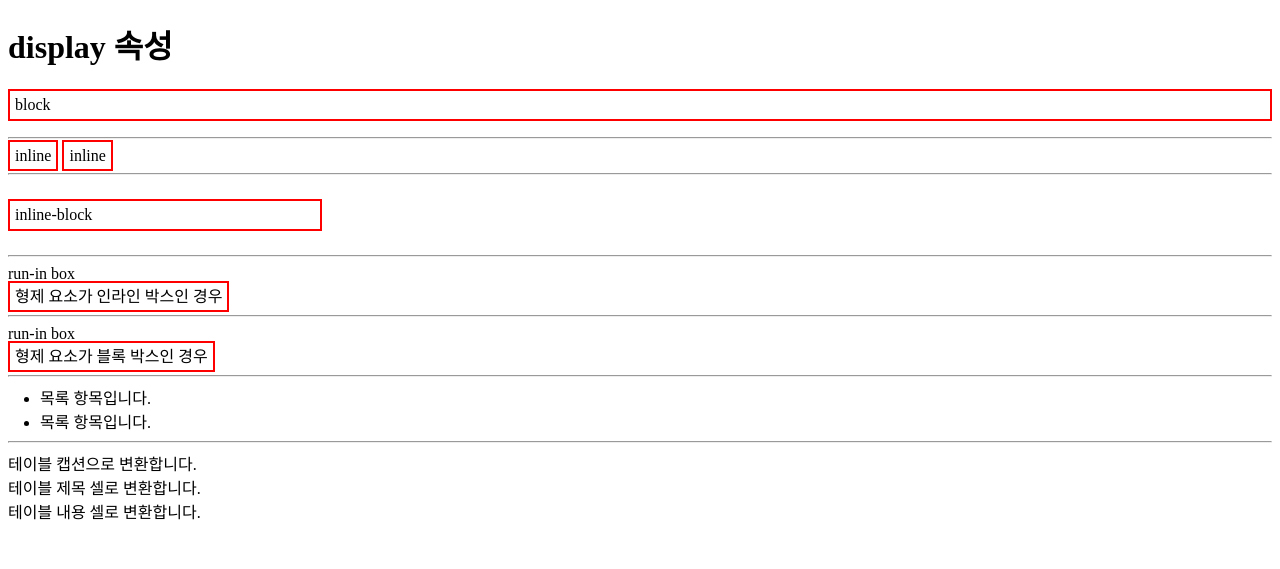
Repository: cussip/SuperHands
Page: WebExam/src/main/webapp/css/box_model/display.html
An editor plug-in stored every save of this project. The page is shown before and after the next save, followed by the edit.
The browser window is 1280 px wide. The pictures show the whole page.

Above is the page before, as saved 2022-01-31 04:01:14.

### WebExam/src/main/webapp/css/box_model/display.html
<!DOCTYPE html>
<html>
<head>
	<meta charset="UTF-8">
	<title>display.html</title>
	<style>
		p, span {
			border: #F00 solid 2px;
			padding: 5px;
		}
		.block {
			display: block;
		}
		.inline {
			display: inline;
		}
		.inline-block {
			display: inline-block;
			width: 300px;
		}
		.none {
			display: none;
			width: 200px;
		}
		.run-in {
			display: run-in;
		}
		.list-item {
			list-style-type: disc;
			display: list-item;
			margin-left: 2em;
		}
		.table {
			display: table;
		}
	</style>
</head>
<body>
	<!-- HTML 요소의 표현 방식을 지정한다. -->
	<h1>display 속성</h1>
	<p class="block">
		block
	</p>
	<hr>
	<div class="inline">
		<span>inline</span> <span>inline</span>
	</div>
	<hr>
	<p class="inline-block">
		inline-block
	</p>
	<hr>
	<p class="none">
	 	none
	</p>
	<div>
		<div class="run-in"> run-in box</div>
		<span>형제 요소가 인라인 박스인 경우</span>
	</div>
	<hr>
	<div>
		<div class="run-in">run-in box</div>
		<span>형제 요소가 블록 박스인 경우</span>
	</div>
	<hr>
	<div>
		<div class="list-item">목록 항목입니다.</div>
		<div class="list-item">목록 항목입니다.</div>
	</div>
	<hr>
	<div class="table">
		<div class="table-caption">테이블 캡션으로 변환합니다.</div>
		<div class="table-row">
			<div class="table-header">테이블 제목 셀로 변환합니다.</div>
			<div class="table-cell">테이블 내용 셀로 변환합니다.</div>
		</div>
	</div>
</body>
</html>

After the next save:
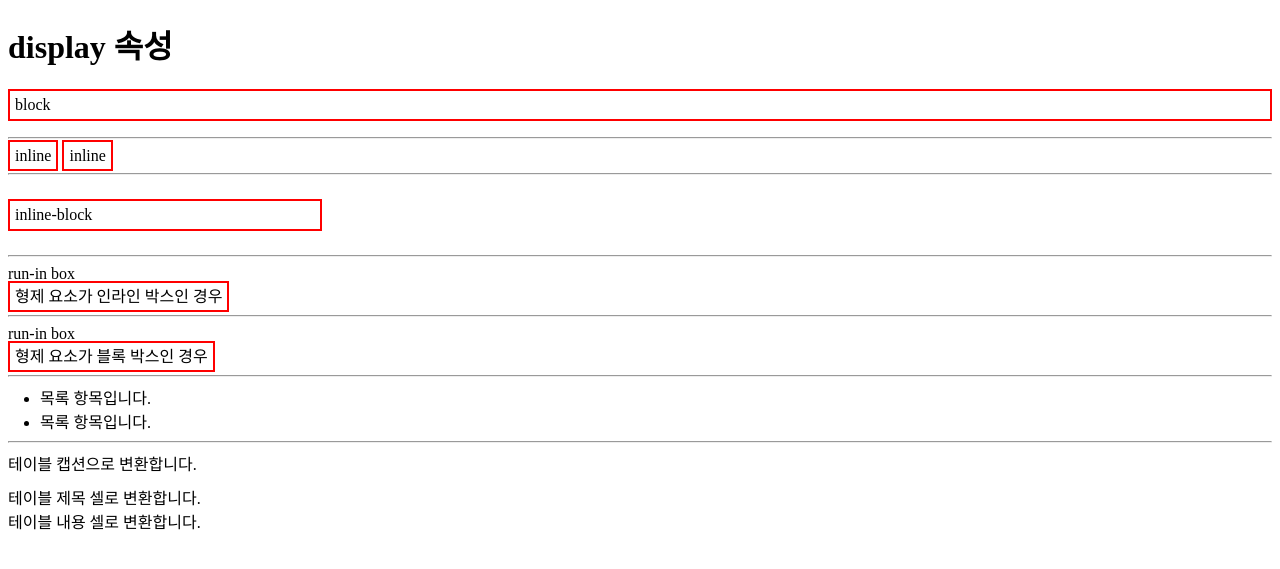
Saved 53 s later.
--- a/WebExam/src/main/webapp/css/box_model/display.html
+++ b/WebExam/src/main/webapp/css/box_model/display.html
@@ -32,6 +32,11 @@
 		}
 		.table {
 			display: table;
+		}
+		.table-caption {
+			display: table-caption;
+			width: 400px;
+			margin-bottom: 10px;
 		}
 	</style>
 </head>
